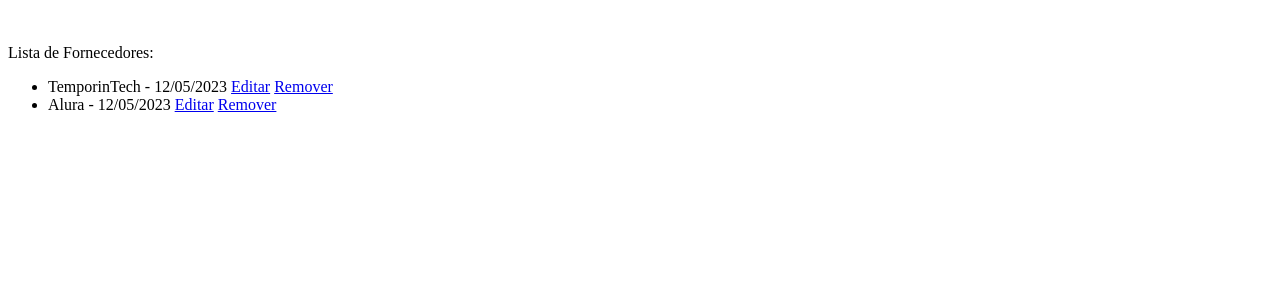
Repository: CauaneTemporin/API_CRUD_JAVA_Servlet_JSP
Page: http://localhost/gerenciador/listaEmpresas
An editor plug-in stored every save of this project. The page is shown before and after the next save, followed by the edit.
The browser window is 1280 px wide. The pictures show the whole page.
The page is served by Tomcat 9. Other server files are loaded and not shown.

Above is the page before, as saved 2023-05-15 13:49:00.

### gerenciador/src/main/webapp/ListaFornecedores.jsp
	<%@ page language="java" contentType="text/html; charset=ISO-8859-1"
		pageEncoding="ISO-8859-1"%>
	<%@ page import= "java.util.List, com.temporintech.gerenciador.servlet.Fornecedor"%>
	<%@ taglib uri="http://java.sun.com/jsp/jstl/core" prefix="c" %>
	<%@ taglib uri="http://java.sun.com/jsp/jstl/fmt" prefix="fmt" %>
	<c:url value="/mostrarFornecedor" var="linkMostrarFornecedor"/>
	<c:url value="/removeFornecedor" var="linkRemoveForncedor"/>

	<!DOCTYPE html>
	<html>
		<head>
			<meta charset="ISO-8859-1">
			<title>Lista de Fornecedores</title>
		</head>

		<body>

				<c:if test="${not empty empresa}">
					Fornecedor ${ empresa } cadastrado com sucesso!!!
				</c:if>
				</br></br>
			Lista de Fornecedores: </br>

			 <ul>
	        <c:forEach items="${fornecedores}" var="fornecedor">
				<li>${fornecedor.nome_fornecedor} - <fmt:formatDate value="${fornecedor.dataAbertura}" pattern="dd/MM/yyyy"/>
				<a href="${linkMostrarFornecedor}?id=${fornecedor.id}">Editar</a>
				<a href="${linkRemoveForncedor}?id=${fornecedor.id}">Remover</a>
				</li>
	        </c:forEach>
	    </ul>

	    </body>
	</html>

### gerenciador/src/main/java/com/temporintech/gerenciador/servlet/ListaEmpresasServelet.java
  package com.temporintech.gerenciador.servlet;

import java.io.IOException;
import java.util.List;

import javax.servlet.RequestDispatcher;
import javax.servlet.ServletException;
import javax.servlet.annotation.WebServlet;
import javax.servlet.http.HttpServlet;
import javax.servlet.http.HttpServletRequest;
import javax.servlet.http.HttpServletResponse;

//Servlet implementation class ListaEmpresasServelet
@WebServlet("/listaEmpresas")
public class ListaEmpresasServelet extends HttpServlet {
	private static final long serialVersionUID = 1L;

	protected void service(HttpServletRequest request, HttpServletResponse response) throws ServletException, IOException {
		Banco banco = new Banco();
		List<Fornecedor> lista = banco.getFornecedor();
		request.setAttribute("fornecedores", lista);

		RequestDispatcher rd = request.getRequestDispatcher("/ListaFornecedores.jsp");
		rd.forward(request, response);
	}
}

### gerenciador/src/main/java/com/temporintech/gerenciador/servlet/Banco.java
package com.temporintech.gerenciador.servlet;

import java.util.ArrayList;
import java.util.Iterator;
import java.util.List;

import org.apache.jasper.tagplugins.jstl.core.ForEach;

public class Banco {

	private static List<Fornecedor> lista = new ArrayList<>();
	private static Integer chaveSequencial = 1;

	static {
		Fornecedor fornecedor = new Fornecedor();
		fornecedor.setId(chaveSequencial++);
		fornecedor.setNome_fornecedor("TemporinTech");
		Fornecedor fornecedor2 = new Fornecedor();
		fornecedor2.setId(chaveSequencial++);
		fornecedor2.setNome_fornecedor("Alura");
		lista.add(fornecedor);
		lista.add(fornecedor2);
	}

	public void adiciona(Fornecedor fornecedor) {
		fornecedor.setId(Banco.chaveSequencial++);
		 lista.add(fornecedor);
	}

	public List<Fornecedor> getFornecedor(){
		return Banco.lista;
	}

	public void removeFornecedor(Integer id) {

			Iterator<Fornecedor> it = lista.iterator();

			while(it.hasNext()) {
				Fornecedor fornecedor = it.next();

				if(fornecedor.getId() == id) {
					it.remove();
				}
			}

		}

	public Fornecedor buscaEmpresaID(Integer id) {
		for (Fornecedor fornecedor : lista) {
			if(fornecedor.getId() == id) {
				return fornecedor;
			}
		}
		return null;
	}

}

### gerenciador/src/main/java/com/temporintech/gerenciador/servlet/Fornecedor.java
package com.temporintech.gerenciador.servlet;

import java.util.Date;

import javax.xml.crypto.Data;

public class Fornecedor {

	private Integer id;
	private String nome_fornecedor;
	private Date dataAbertura = new Date();

	public Integer getId() {
		return id;
	}
	public void setId(Integer id) {
		this.id = id;
	}
	public String getNome_fornecedor() {
		return nome_fornecedor;
	}
	public void setNome_fornecedor(String nome_fornecedor) {
		this.nome_fornecedor = nome_fornecedor;
	}
	public Date getDataAbertura() {
		return dataAbertura;
	}
	public void setDataAbertura(Date dataAbertura) {
		this.dataAbertura = dataAbertura;
	}

}

After the next save:
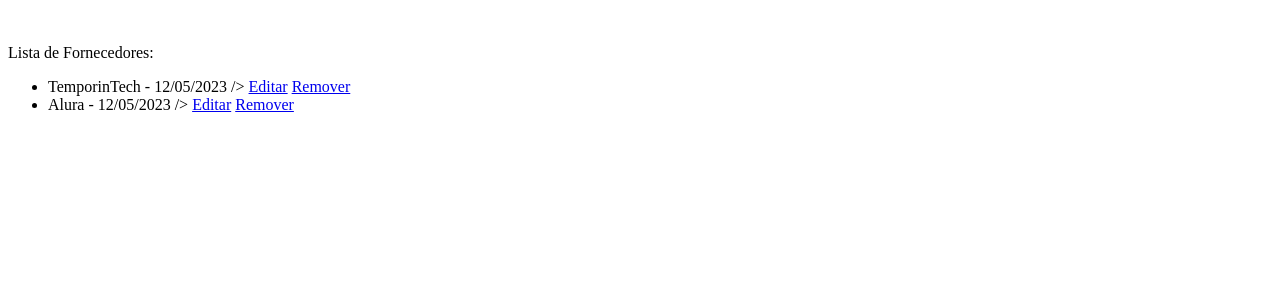
Saved 2 min 5 s later.
--- a/gerenciador/src/main/webapp/ListaFornecedores.jsp
+++ b/gerenciador/src/main/webapp/ListaFornecedores.jsp
@@ -23,7 +23,7 @@
 
 			 <ul>
 	        <c:forEach items="${fornecedores}" var="fornecedor">
-				<li>${fornecedor.nome_fornecedor} - <fmt:formatDate value="${fornecedor.dataAbertura}" pattern="dd/MM/yyyy"/>
+				<li>${fornecedor.nome_fornecedor} - <fmt:formatDate value="${fornecedor.dataAbertura}" pattern="dd/MM/yyyy"/> />
 				<a href="${linkMostrarFornecedor}?id=${fornecedor.id}">Editar</a>
 				<a href="${linkRemoveForncedor}?id=${fornecedor.id}">Remover</a>
 				</li>
